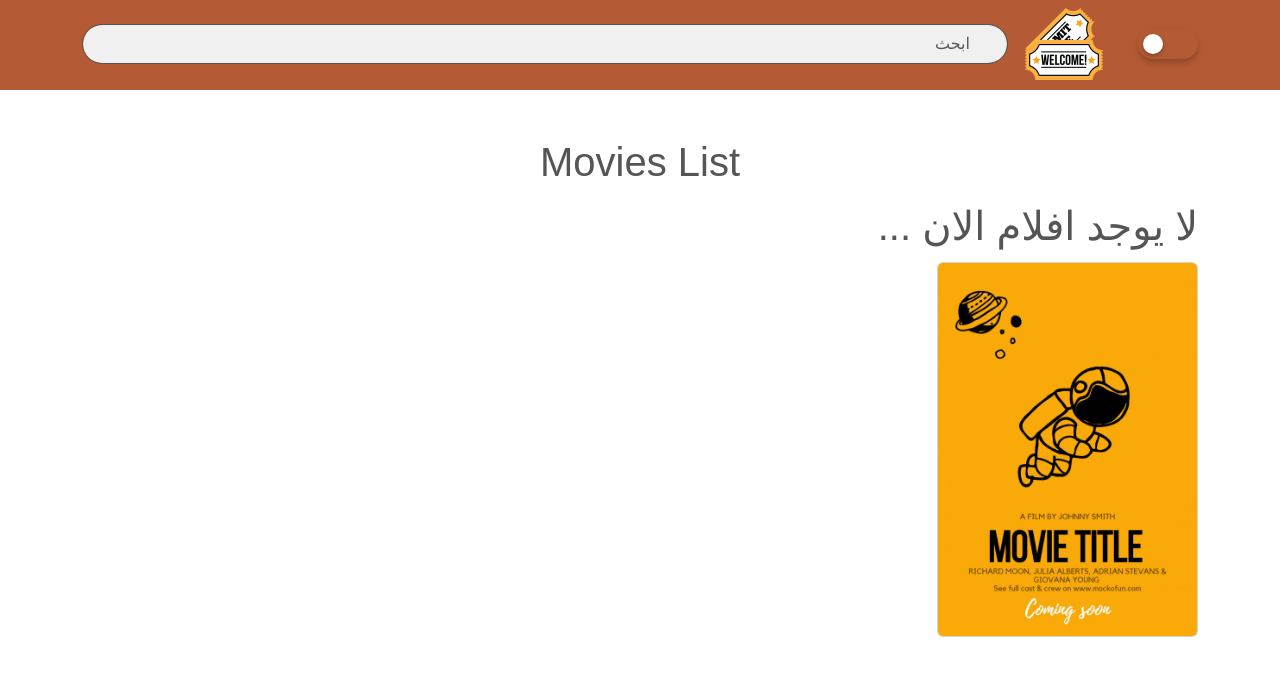
Repository: kerlos-alfy/Movie-List
Page: /
The author's editor kept a copy of each file at every save. The page is drawn from the files as they stood at one save, then again after a run of saves.
The browser window is 1280 px wide. The pictures show the whole page.
The page's requests for data from a server got no answer. The project was rebuilt for these pictures with package versions that can differ from the ones it lists, and the page was loaded fresh each time. No one was signed in, and anything a server would have sent is missing. Also part of the build but not shown: vite.config.js, src/App.css.

Above is the page before, as saved 2025-01-16 02:02:15.

### index.html
<!DOCTYPE html>
<html lang="ar" dir="rtl">
	<head>
		<meta charset="UTF-8" />
		<link rel="icon" type="image/svg+xml" href="https://www.svgrepo.com/show/289436/movies-clapperboard.svg" />
		<link
			rel="stylesheet"
			href="https://cdn.jsdelivr.net/npm/bootstrap@5.3.3/dist/css/bootstrap.min.css"
			integrity="sha384-QWTKZyjpPEjISv5WaRU9OFeRpok6YctnYmDr5pNlyT2bRjXh0JMhjY6hW+ALEwIH"
			crossorigin="anonymous" />
		<meta name="viewport" content="width=device-width, initial-scale=1.0" />
		<title>Movies List</title>
	</head>
	<body>
		<div id="root"></div>
		<script type="module" src="/src/main.jsx"></script>
	</body>
</html>

### src/index.css
/* المتغيرات العامة */
:root {
	--background-color: white;
	--text-color: #555555;
	--primary-color: #b45b35;
	--card-background: #f8f8f8;
	--overlay-background: #393839;
}

/* الوضع الداكن */
.dark-mode {
	--background-color: #121212;
	--text-color: #f0f0f0;
	--primary-color: #ff6f61;
	--card-background: #1e1e1e;
	--overlay-background: #333333;
}

/* أنماط عامة */
body {
	margin: 0;
	background-color: var(--background-color);
	color: var(--text-color);
}

.color-body {
	background-color: var(--background-color);
	height: 100vh;
}

.nav-style {
	height: 90px;
	width: 1440px;
	background-color: var(--primary-color);
}

.logo {
	height: 72px;
	width: 78px;
}

.search {
	position: relative;
}

.search input {
	height: 40px;
	text-indent: 25px;
	border-radius: 20px;
	border: 1px solid var(--text-color);
	background-color: #f0f0f0;
	color: var(--text-color);
}

.search input:focus {
	box-shadow: none;
	border: 2px solid var(--primary-color);
}

.search .fa-search {
	position: absolute;
	top: 12px;
	left: 16px;
	color: var(--text-color);
}

.card {
	position: relative;
	transition: all 0.5s ease-in;
	cursor: pointer;
	height: 375px;
}

.card__image {
	display: block;
	width: 100%;
	height: 100%;
	border-radius: 5px;
}

.card__overlay {
	position: absolute;
	top: 0;
	bottom: 0;
	left: 0;
	right: 0;
	height: 100%;
	width: 100%;
	opacity: 0;
	visibility: none;
	transition: 0.5s ease;
	background-color: var(--overlay-background);
}

.card:hover .card__overlay {
	opacity: 0.8;
}

.overlay__text {
	color: var(--text-color);
	font-size: 16px;
	font-weight: bold;
	position: absolute;
	top: 50%;
	left: 50%;
	-webkit-transform: translate(-50%, -50%);
	-ms-transform: translate(-50%, -50%);
	transform: translate(-50%, -50%);
}

.font {
	font-family: "Almarai", sans-serif;
	font-family: "Cairo", sans-serif;
}

.color {
	color: var(--primary-color);
	background-color: var(--primary-color);
}

.card-detalis {
	height: 370px;
	border-radius: 20px;
	background-color: var(--card-background);
}

.card-story {
	height: 300px;
	border-radius: 20px;
	background-color: var(--card-background);
}

.img-movie {
	height: 360px;
	padding: 10px;
	border-radius: 20px;
}

.card-text-details {
	color: var(--text-color);
	font-family: Almarai;
	font-size: 28px;
	font-weight: bold;
	letter-spacing: 0;
	line-height: 49px;
}

.card-text-story {
	color: var(--text-color);
	font-family: Almarai;
	font-size: 18px;
	letter-spacing: 0;
	line-height: 32px;
}

.card-text-title {
	color: var(--text-color);
	font-family: Almarai;
	font-size: 36px;
	font-weight: bold;
	letter-spacing: 0;
	line-height: 49px;
}

.toggle-btn {
	position: relative;
	width: 60px;
	height: 30px;
	background-color: var(--primary-color);
	border-radius: 15px;
	cursor: pointer;
	transition: background-color 0.3s ease-in-out;
	display: flex;
	align-items: center;
	padding: 5px;
	box-shadow: 0 4px 6px rgba(0, 0, 0, 0.2);
}

.toggle-btn::before {
	content: "";
	position: absolute;
	top: 50%;
	left: 5px;
	width: 20px;
	height: 20px;
	background-color: #fff;
	border-radius: 50%;
	transform: translateY(-50%);
	transition: all 0.3s ease-in-out;
	box-shadow: 0 2px 4px rgba(0, 0, 0, 0.3);
}

.toggle-btn.dark {
	background-color: #555;
}

.toggle-btn.dark::before {
	left: 35px;
}

### src/App.jsx
import "./App.css";
import { Container } from "react-bootstrap";
import NavBar from "./components/NavBar";
import MoviesList from "./components/MoviesList";
import axios from "axios";
import { useState, useEffect } from "react";
function App() {
	const [movies, setMovies] = useState([]);
	useEffect(() => {
		getAllMovies();
	}, []);
	const getAllMovies = async () => {
		const res = await axios.get("https://api.themoviedb.org/3/movie/popular?api_key=3ac2c05f95f92e69875f1b70453ca0cd&language=ar&page=1");
		setMovies(res.data.results);
		console.log(res.data.results);
	};

	return (
		<div className="font color-body">
			<NavBar />
			<Container>
				<h1 className="text-center mt-5">Movies List</h1>
				<MoviesList movies={movies} />
			</Container>
		</div>
	);
}

export default App;

### src/components/NavBar.jsx
import { Container, Row, Col } from "react-bootstrap";
import DarkModeToggle from "./DarkModeToggle";

function NavBar() {
	return (
		<div className="nav-style w-100">
			<Container>
				<Row className="pt-2">
					{/* زر الوضع الداكن */}
					<Col xs="2" lg="1" className="d-flex align-items-center">
						<DarkModeToggle />
					</Col>

					{/* الشعار */}
					<Col xs="2" lg="1" className="d-flex align-items-center">
						<a href="/">
							<img className="logo" src="logo.png" alt="Logo" />
						</a>
					</Col>

					{/* مربع البحث */}
					<Col xs="8" lg="10" className="d-flex align-items-center">
						<div className="search w-100">
							<i className="fa fa-search"></i>
							<input type="text" className="form-control" placeholder="ابحث" />
						</div>
					</Col>
				</Row>
			</Container>
		</div>
	);
}

export default NavBar;

### src/components/MoviesList.jsx
/* eslint-disable react/prop-types */
import { Row } from "react-bootstrap";
import CardMovie from "./CardMovie";
function MoviesList({ movies }) {
	return (
		<Row className="mt-3">
			{movies.length > 1 ? <CardMovie movies={movies} /> : <h1>لا يوجد افلام الان ...</h1>}
			<CardMovie movies={movies} />
		</Row>
	);
}

export default MoviesList;

### src/components/DarkModeToggle.jsx
import { useState, useEffect } from "react";
function DarkModeToggle() {
	const [isDarkMode, setIsDarkMode] = useState(() => {
		return localStorage.getItem("dark-mode") === "true" || false;
	});

	useEffect(() => {
		if (isDarkMode) {
			document.body.classList.add("dark-mode");
		} else {
			document.body.classList.remove("dark-mode");
		}
		localStorage.setItem("dark-mode", isDarkMode);
	}, [isDarkMode]);

	return <div className={`toggle-btn ${isDarkMode ? "dark" : ""}`} onClick={() => setIsDarkMode(!isDarkMode)}></div>;
}

export default DarkModeToggle;

### src/components/CardMovie.jsx
/* eslint-disable react/prop-types */
import { Col } from "react-bootstrap";

function CardMovie({ movies }) {
	return (
		<Col xs="6" sm="6" md="4" lg="3" className="my-1">
			<div className="card">
				<img className="card__image" src="prof.jpg" alt="hu" />
				<div className="card__overlay">
					<div className="overlay__text text-center w-100 p-2">
						<p>اسم الفيلم : {movies.title} </p>
						<p>تاريخ الاصدار:</p>
						<p>عدد المقيمين: </p>
						<p>التقييم: </p>
					</div>
				</div>
			</div>
		</Col>
	);
}

export default CardMovie;

Loaded but not shown: src/main.jsx (common file)

After the next 3 saves:
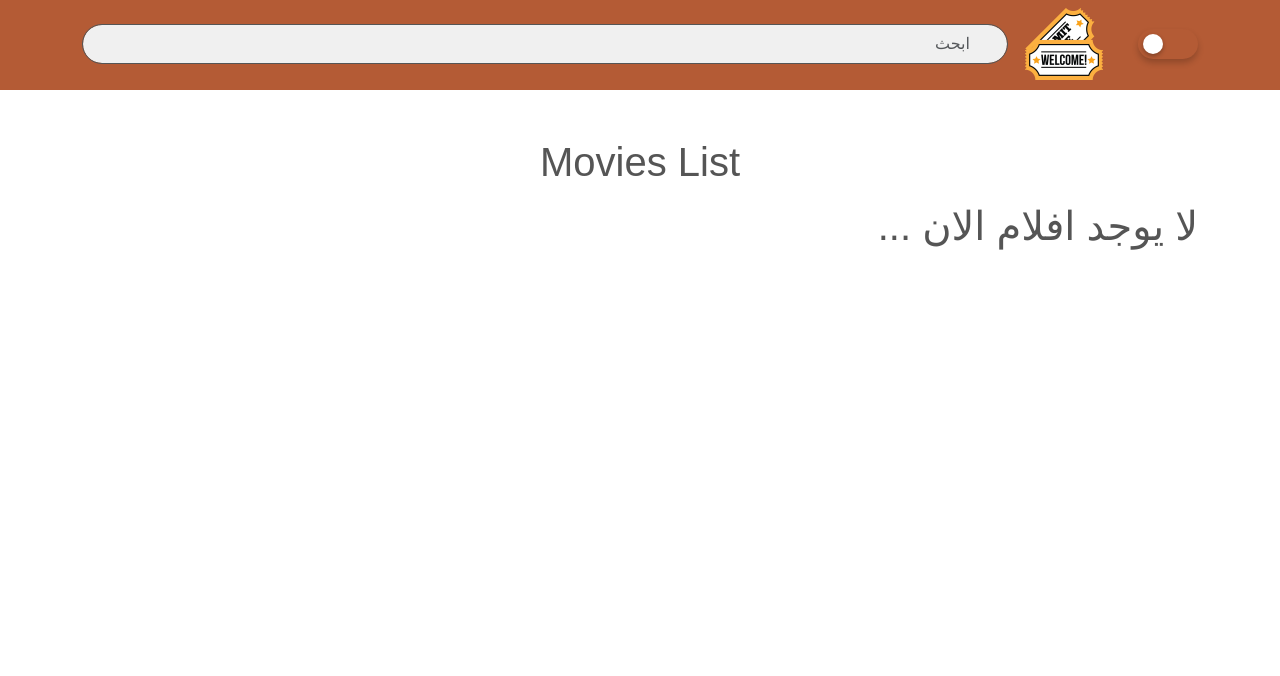
The 3 saves are shown as one change because they came seconds apart.
The last was saved 15 s later.
--- a/src/components/MoviesList.jsx
+++ b/src/components/MoviesList.jsx
@@ -2,12 +2,7 @@
 import { Row } from "react-bootstrap";
 import CardMovie from "./CardMovie";
 function MoviesList({ movies }) {
-	return (
-		<Row className="mt-3">
-			{movies.length > 1 ? <CardMovie movies={movies} /> : <h1>لا يوجد افلام الان ...</h1>}
-			<CardMovie movies={movies} />
-		</Row>
-	);
+	return <Row className="mt-3">{movies.length > 1 ? <CardMovie movies={movies} /> : <h1>لا يوجد افلام الان ...</h1>}</Row>;
 }
 
 export default MoviesList;
